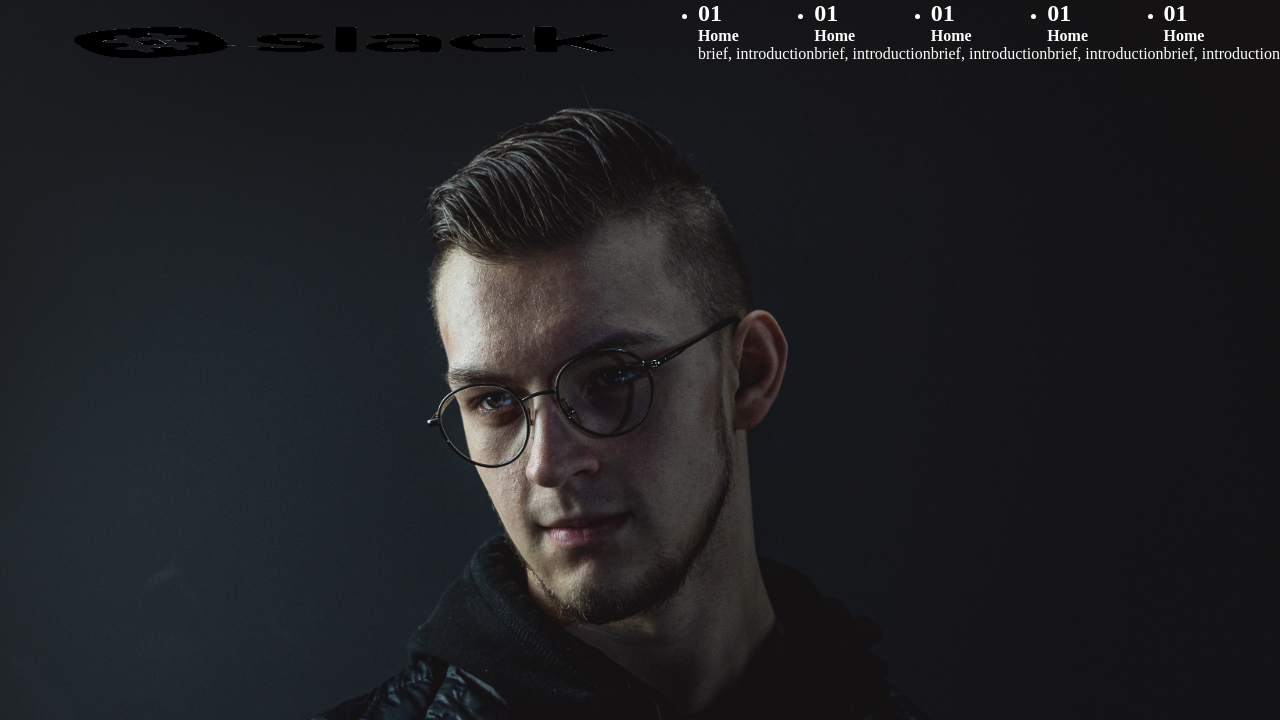
Repository: linco6054/simple-html
Page: index.html
The author's editor kept a copy of each file at every save. The page is drawn from the files as they stood at one save, then again after the next save.
The browser window is 1280 px wide. The pictures show the whole page.

Above is the page before, as saved 2021-08-16 15:38:30.

### index.html
<!DOCTYPE html>
<html lang="en">
  <head>
    <meta charset="UTF-8" />
    <meta http-equiv="X-UA-Compatible" content="IE=edge" />
    <meta name="viewport" content="width=device-width, initial-scale=1.0" />
    <link rel="stylesheet" href="style.css" />
    <title>Lincoln</title>
  </head>
  <body>
    <section class="sec1">
      <nav>
        <img src="/images/logo.png" alt="" />
        <ul>
          <li>
            <h2>01</h2>
            <h4>Home</h4>
            <p>brief, introduction</p>
          </li>
          <li>
            <h2>01</h2>
            <h4>Home</h4>
            <p>brief, introduction</p>
          </li>
          <li>
            <h2>01</h2>
            <h4>Home</h4>
            <p>brief, introduction</p>
          </li>
          <li>
            <h2>01</h2>
            <h4>Home</h4>
            <p>brief, introduction</p>
          </li>
          <li>
            <h2>01</h2>
            <h4>Home</h4>
            <p>brief, introduction</p>
          </li>
        </ul>
      </nav>
    </section>
  </body>
</html>

### style.css
* {
  margin: 0;
  padding: 0;
}
body {
  max-width: 100%;
  height: auto;
  overflow: hidden;
  color: #fff;
}
section {
  height: 100vh;
  width: 100%;
  overflow: hidden;
}
/* ================================Sectiion 1================================== */
.sec1 {
  background-image: url("./images/bg.jpg");
  background-size: cover;
  background-repeat: no-repeat;
}
nav {
  display: flex;
  justify-content: space-between;
}
nav > img {
  height: 80px;
  flex: 1;
}
nav > ul {
  display: flex;
}

After the next save:
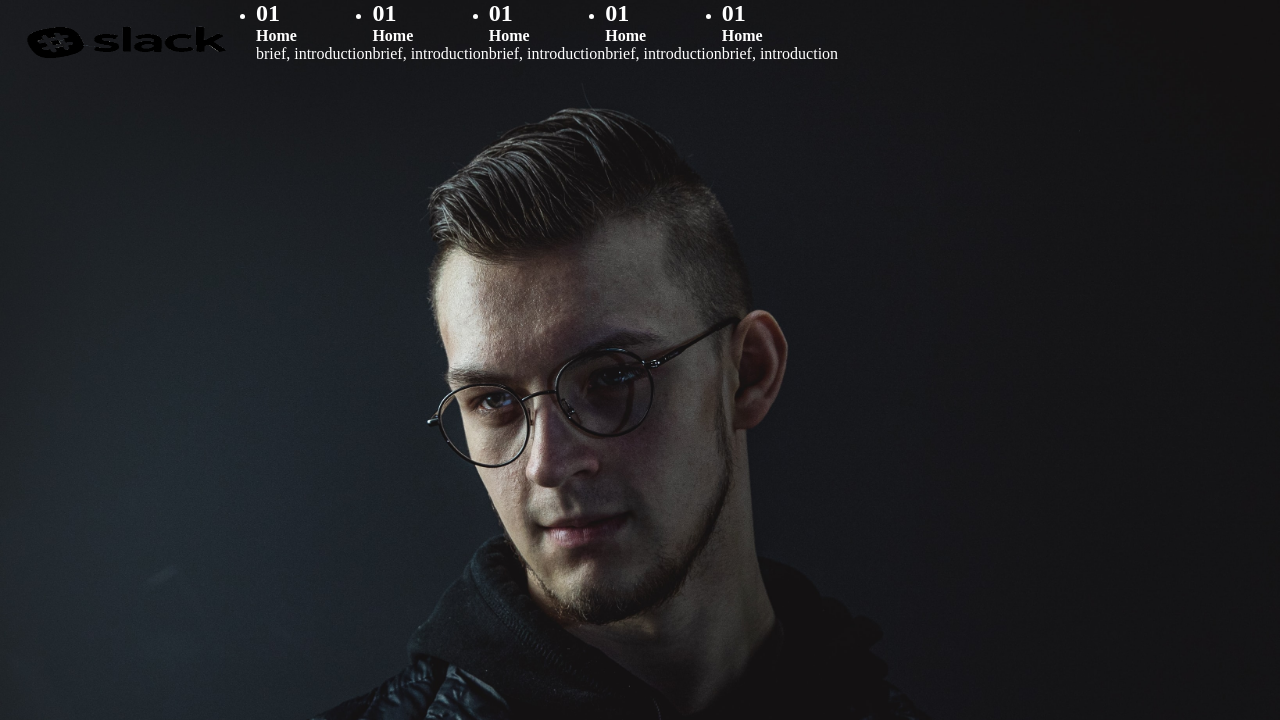
Saved 5 s later.
--- a/style.css
+++ b/style.css
@@ -29,4 +29,5 @@
 }
 nav > ul {
   display: flex;
+  flex: 4;
 }
